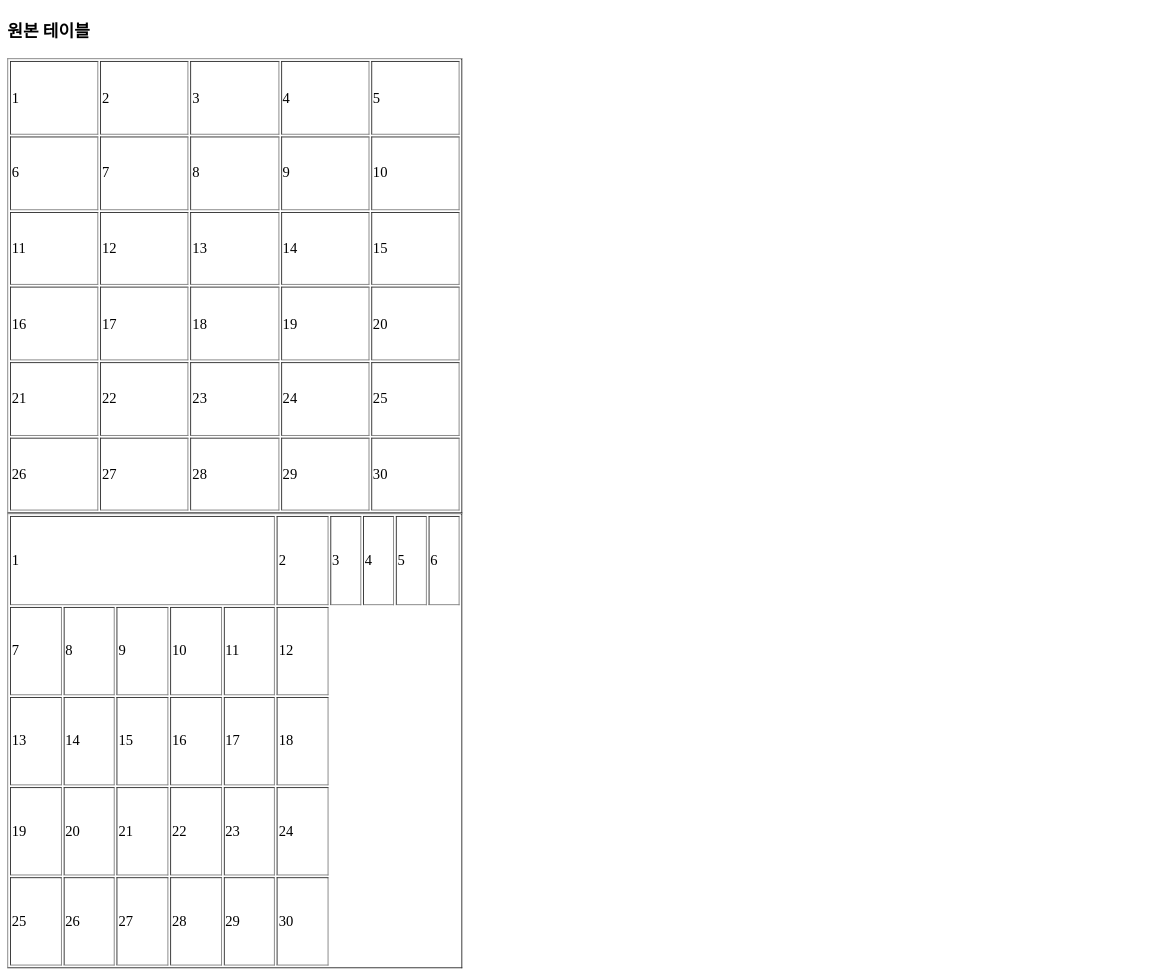
Repository: sujin9335/Front-end
Page: ClientTest/src/main/webapp/html/문제/10.html
These files come from the project's save history. The page is drawn as it stood at one moment and after the next save; the edit follows.
The browser window is 1280 px wide. The pictures show the whole page, at 91% of full size.

Above is the page before, as saved 2023-09-21 01:49:08.

### ClientTest/src/main/webapp/html/문제/10.html
<!DOCTYPE html>
<html>
<head>
<meta charset="UTF-8">
<title>Insert title here</title>
</head>
<body>

	<h3>원본 테이블</h3>
	<table border="1" width="500" height="500">

		<tr>
			<td>1</td>
			<td>2</td>
			<td>3</td>
			<td>4</td>
			<td>5</td>
		</tr>
		<tr>
			<td>6</td>
			<td>7</td>
			<td>8</td>
			<td>9</td>
			<td>10</td>
		</tr>
		<tr>
			<td>11</td>
			<td>12</td>
			<td>13</td>
			<td>14</td>
			<td>15</td>
		</tr>
		<tr>
			<td>16</td>
			<td>17</td>
			<td>18</td>
			<td>19</td>
			<td>20</td>
		</tr>
		<tr>
			<td>21</td>
			<td>22</td>
			<td>23</td>
			<td>24</td>
			<td>25</td>
		</tr>
		<tr>
			<td>26</td>
			<td>27</td>
			<td>28</td>
			<td>29</td>
			<td>30</td>
		</tr>




	</table>


	<table border="1" width="500" height="500">

		<tr>
			<td colspan="5">1</td>
			<td>2</td>
			<td>3</td>
			<td>4</td>
			<td>5</td>
			<td>6</td>
		</tr>
		<tr>
			<td>7</td>
			<td>8</td>
			<td>9</td>
			<td>10</td>
			<td>11</td>
			<td>12</td>
		</tr>
		<tr>
			<td>13</td>
			<td>14</td>
			<td>15</td>
			<td>16</td>
			<td>17</td>
			<td>18</td>
		</tr>
		<tr>
			<td>19</td>
			<td>20</td>
			<td>21</td>
			<td>22</td>
			<td>23</td>
			<td>24</td>
		</tr>
		<tr>
			<td>25</td>
			<td>26</td>
			<td>27</td>
			<td>28</td>
			<td>29</td>
			<td>30</td>
		</tr>




	</table>


</body>
</html>

After the next save:
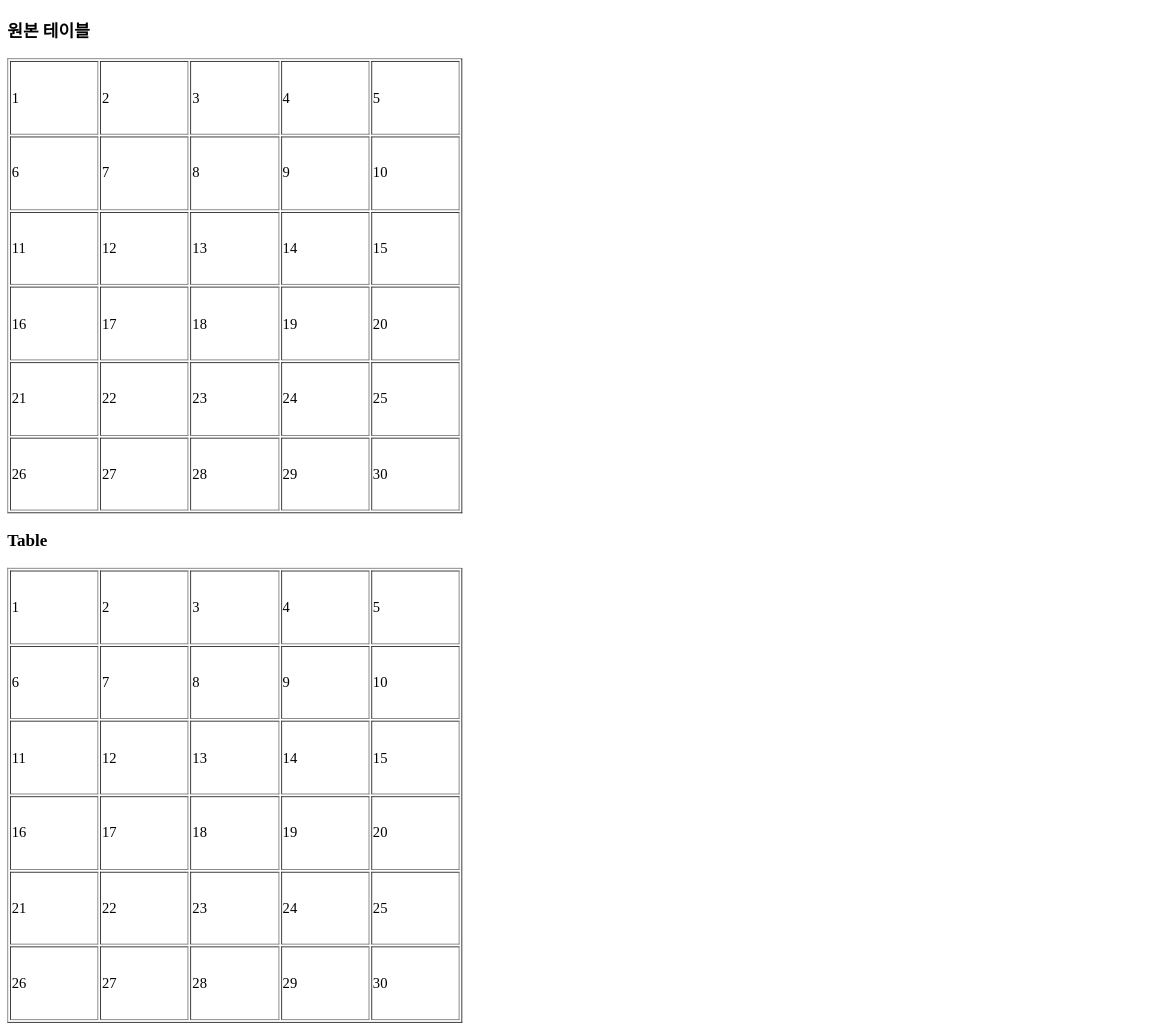
Saved 26 s later.
--- a/ClientTest/src/main/webapp/html/문제/10.html
+++ b/ClientTest/src/main/webapp/html/문제/10.html
@@ -51,60 +51,56 @@
 			<td>29</td>
 			<td>30</td>
 		</tr>
-
-
-
-
 	</table>
 
 
+		<h3>Table</h3>
 	<table border="1" width="500" height="500">
 
 		<tr>
-			<td colspan="5">1</td>
+			<td>1</td>
 			<td>2</td>
 			<td>3</td>
 			<td>4</td>
 			<td>5</td>
-			<td>6</td>
 		</tr>
 		<tr>
+			<td>6</td>
 			<td>7</td>
 			<td>8</td>
 			<td>9</td>
 			<td>10</td>
+		</tr>
+		<tr>
 			<td>11</td>
 			<td>12</td>
-		</tr>
-		<tr>
 			<td>13</td>
 			<td>14</td>
 			<td>15</td>
+		</tr>
+		<tr>
 			<td>16</td>
 			<td>17</td>
 			<td>18</td>
+			<td>19</td>
+			<td>20</td>
 		</tr>
 		<tr>
-			<td>19</td>
-			<td>20</td>
 			<td>21</td>
 			<td>22</td>
 			<td>23</td>
 			<td>24</td>
+			<td>25</td>
 		</tr>
 		<tr>
-			<td>25</td>
 			<td>26</td>
 			<td>27</td>
 			<td>28</td>
 			<td>29</td>
 			<td>30</td>
 		</tr>
+	</table>
 
-
-
-
-	</table>
 
 
 </body>
